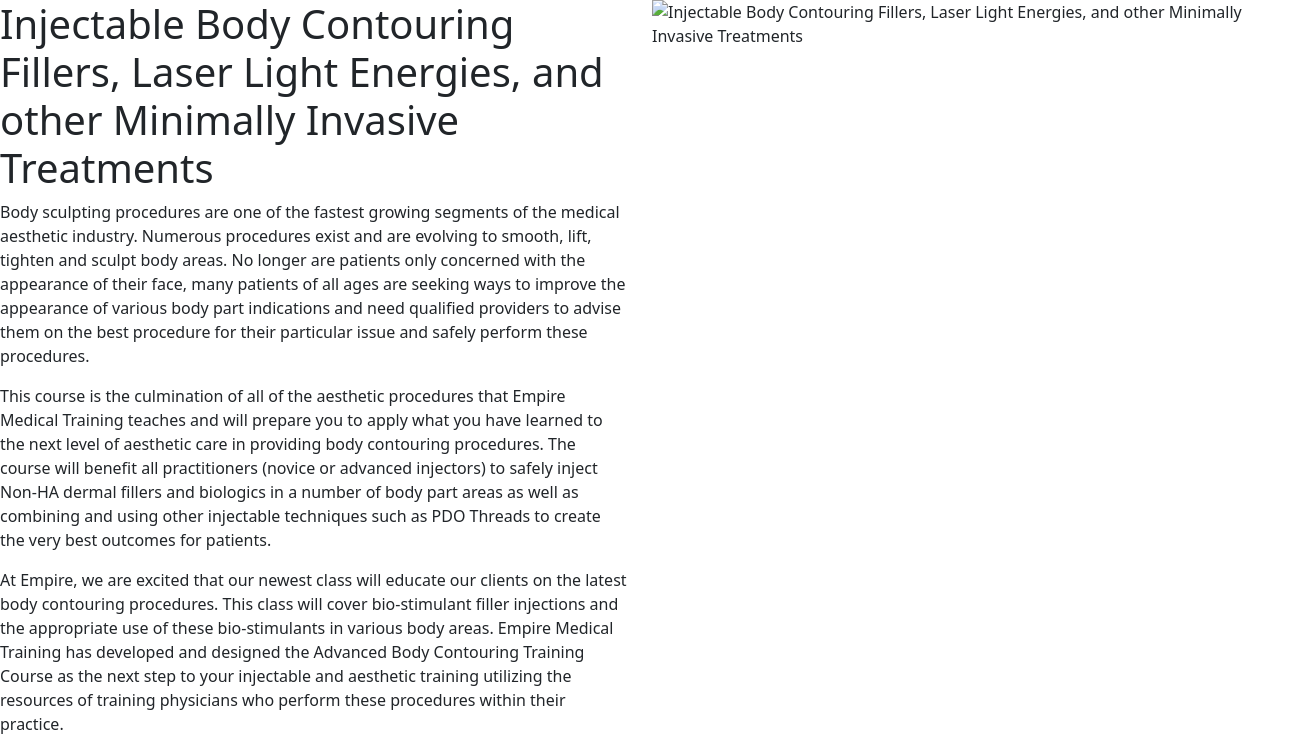
Repository: jorgi710/BODY-CONTOURING-INJECTABLES-AND-ADJUNCT-PROCEDURES
Page: BODY CONTOURING INJECTABLES AND ADJUNCT PROCEDURES/file/public/index.html
The author's editor kept a copy of each file at every save. The page is drawn from the files as they stood at one save, then again after the next save.
The browser window is 1280 px wide. The page is 1292 px wide, so the pictures cover 1292 px, including what lies to the right of the window. The pictures show the whole page.

Above is the page before, as saved 2021-04-07 16:02:04.

After the next save:
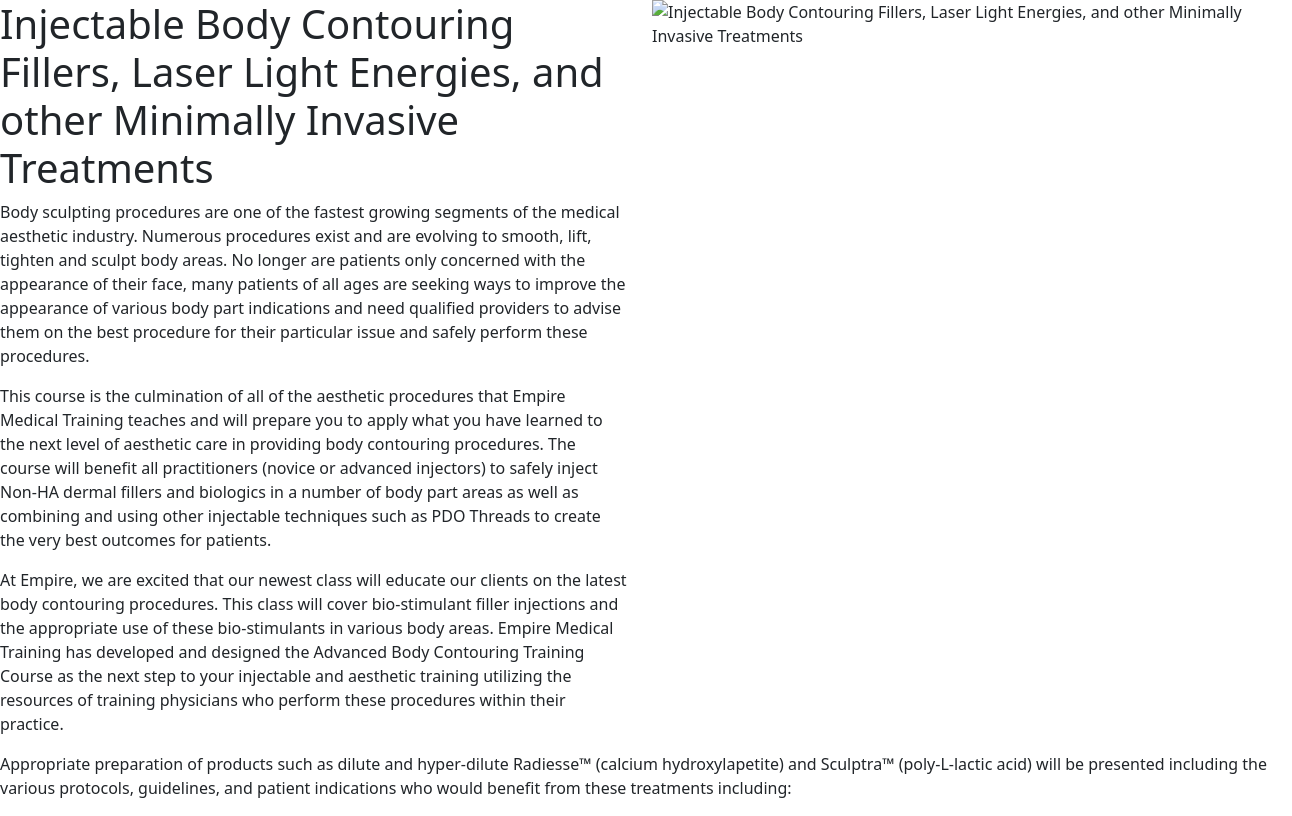
Saved 32 s later.
--- a/BODY CONTOURING INJECTABLES AND ADJUNCT PROCEDURES/file/public/index.html
+++ b/BODY CONTOURING INJECTABLES AND ADJUNCT PROCEDURES/file/public/index.html
@@ -68,7 +68,15 @@
         </div>
       </section>
 
-      <section class="section_2"></section>
+      <section class="section_2">
+        <p>
+          Appropriate preparation of products such as dilute and hyper-dilute
+          Radiesse™ (calcium hydroxylapetite) and Sculptra™ (poly-L-lactic acid)
+          will be presented including the various protocols, guidelines, and
+          patient indications who would benefit from these treatments including:
+        </p>
+      </section>
+
       <section class="section_3"></section>
       <section class="section_4"></section>
       <section class="section_5"></section>
